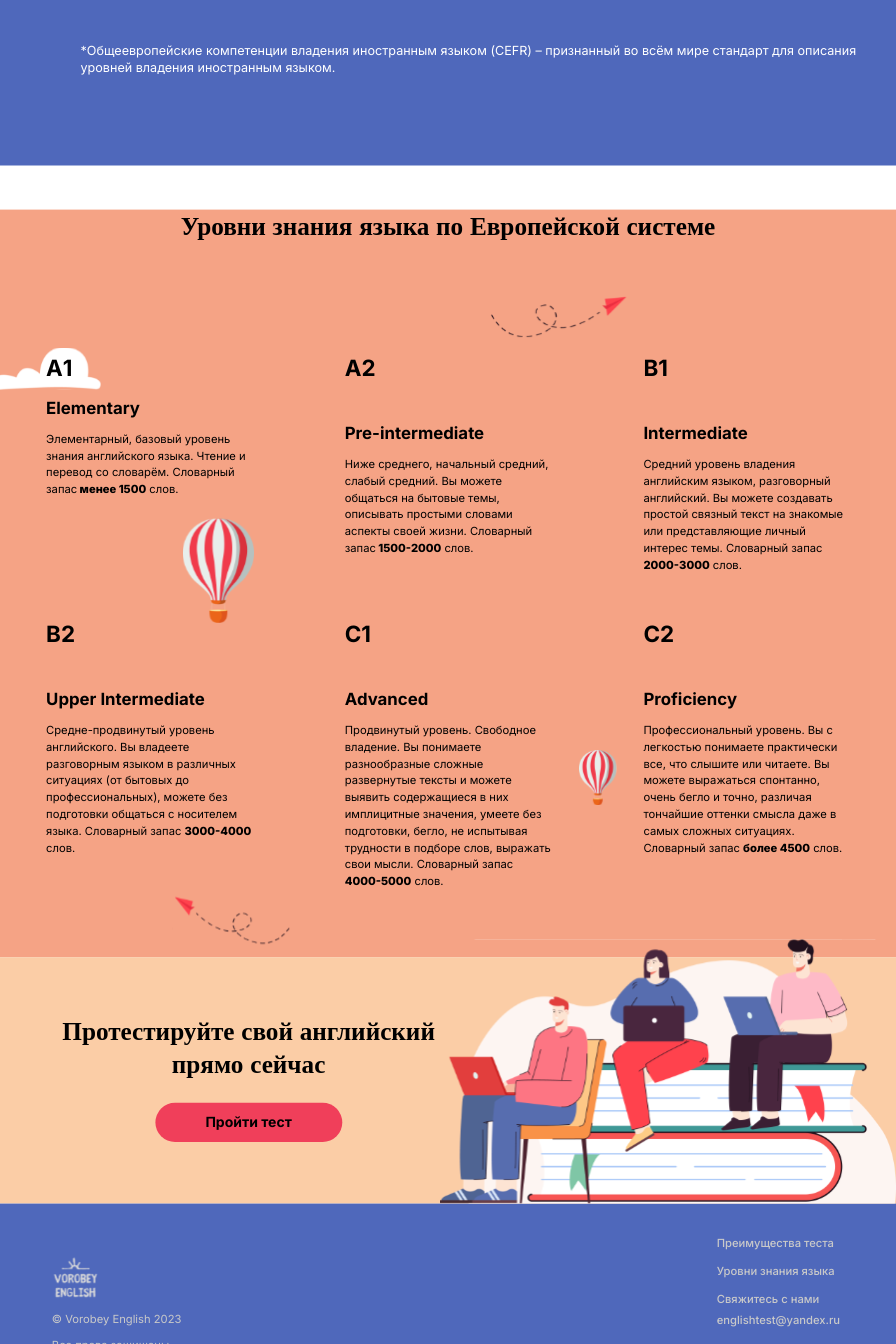
Repository: WladimirVA/PP-01-01_Dandelions
Page: Index.html
The author's editor kept a copy of each file at every save. The page is drawn from the files as they stood at one save, then again after the next save.
The browser window is 1280 px wide. The pictures show the part of the page from y = 1958 to 3878 px (the page is 3910 px tall), at 70% of full size.

Above is the page before, as saved 2023-01-25 12:16:25.

After the next save:
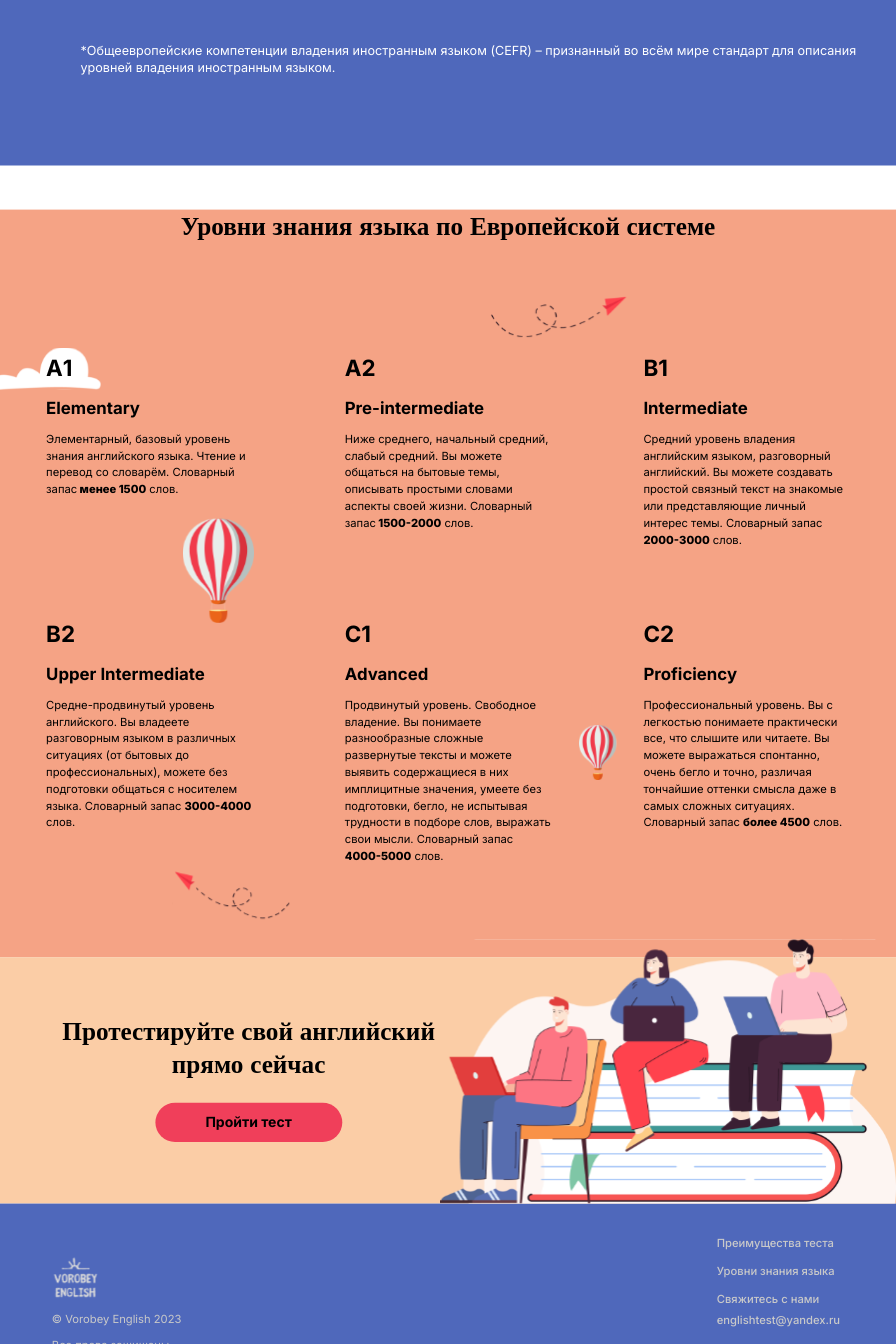
Saved 39 s later.
--- a/Index.html
+++ b/Index.html
@@ -115,29 +115,29 @@
                             <p class="container-box-p2">Элементарный, базовый уровень знания английского языка. Чтение и перевод со словарём. Словарный запас<span  style="font-weight:900"> менее 1500</span> слов.</p>
                             <img class="ball" src="./static/img/иллюстр 3 1.svg">
                         </div>
-                        <div class="box-2 container-box">
+                        <div class="box-1 container-box">
                             <h3>А2</h3>
                             <p class="container-box-p">Pre-intermediate</p>
                             <p class="container-box-p2">Ниже среднего, начальный средний, слабый средний. Вы можете общаться на бытовые темы, описывать простыми словами аспекты своей жизни. Словарный запас<span  style="font-weight:900"> 1500-2000</span> слов.</p>
                         </div>
-                        <div class="box-3 container-box">
+                        <div class="box-1 container-box">
                             <h3>B1</h3>
                             <p class="container-box-p">Intermediate</p>
                             <p class="container-box-p2">Средний уровень владения английским языком, разговорный английский. Вы можете создавать простой связный текст на знакомые или представляющие личный интерес темы. Словарный запас<span  style="font-weight:900"> 2000-3000</span> слов.</p>
                         </div>
-                        <div class="box-4 container-box">
+                        <div class="box-1 container-box">
                             <h3>B2</h3>
                             <p class="container-box-p">Upper Intermediate</p>
                             <p class="container-box-p2">Средне-продвинутый уровень английского. Вы владеете разговорным языком в различных ситуациях (от бытовых до профессиональных), можете без подготовки общаться с носителем языка. Словарный запас <span  style="font-weight:900">3000-4000</span> слов.</p>
                             <img class="ball-2" src="./static/img/иллюстр 5 1.svg">
                         </div>
-                        <div class="box-5 container-box">
+                        <div class="box-1 container-box">
                             <h3>C1</h3>
                             <p class="container-box-p">Advanced</p>
                             <p class="container-box-p2">Продвинутый уровень. Свободное владение. Вы понимаете разнообразные сложные развернутые тексты и можете выявить содержащиеся в них имплицитные значения, умеете без подготовки, бегло, не испытывая трудности в подборе слов, выражать свои мысли. Словарный запас <span  style="font-weight:900">4000-5000</span> слов.</p>
                             <img class="ball-3" src="./static/img/иллюстр 4 1.svg">
                         </div>
-                        <div class="box-6 container-box">
+                        <div class="box-1 container-box">
                             <h3>C2</h3>
                             <p class="container-box-p">Proficiency</p>
                             <p class="container-box-p2">Профессиональный уровень. Вы с легкостью понимаете практически все, что слышите или читаете. Вы можете выражаться спонтанно, очень бегло и точно, различая тончайшие оттенки смысла даже в самых сложных ситуациях. Словарный запас <span  style="font-weight:900">более 4500</span> слов.</p>
